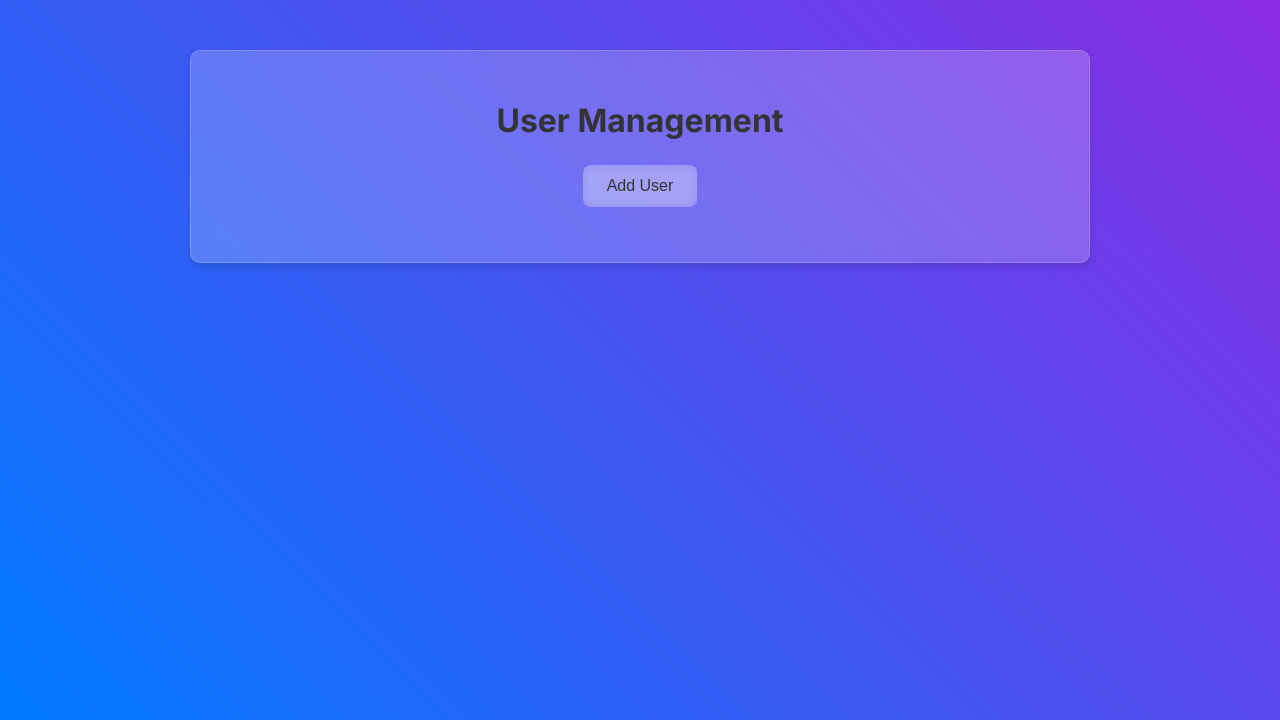
Repository: EeeeeEyyyy/crud-proj
Page: /
These files come from the project's save history. The page is drawn as it stood at one moment and after the next save; the edit follows.
The browser window is 1280 px wide. The pictures show the whole page.
The page's requests for data from a server got no answer. The project was rebuilt for these pictures with package versions that can differ from the ones it lists, and the page was loaded fresh each time. The framework's server and built-in components were replaced by stand-ins that run in the browser. No one was signed in, and anything a server would have sent is missing. Also part of the build but not shown: next.config.mjs.

Above is the page before, as saved 2024-06-24 15:09:26.

After the next save:
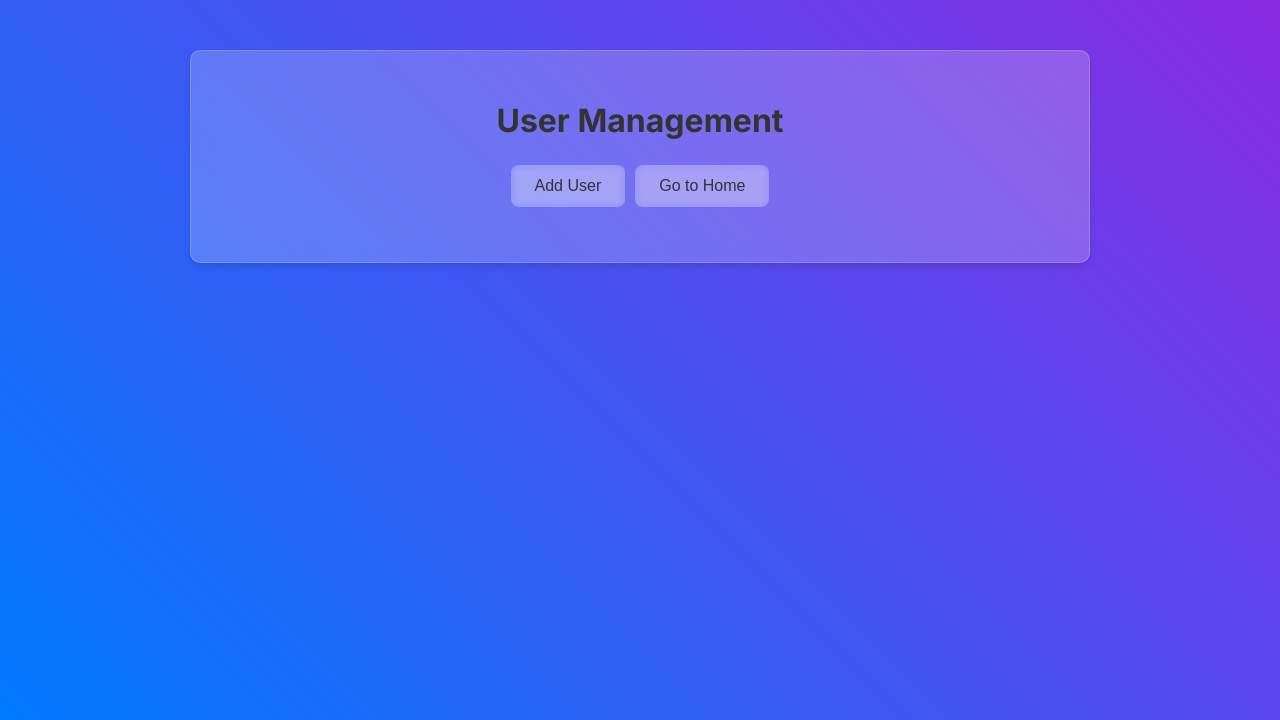
Saved 6 min 10 s later.
--- a/src/app/page.js
+++ b/src/app/page.js
@@ -2,8 +2,11 @@
 
 import React, { useEffect, useState } from 'react';
 import axios from 'axios';
+import { useRouter } from 'next/router';
 
 const Page = () => {
+  const router = useRouter();
+
   const [users, setUsers] = useState([]);
   const [isCreateModalOpen, setCreateModalOpen] = useState(false);
   const [isUpdateModalOpen, setUpdateModalOpen] = useState(false);
@@ -83,10 +86,15 @@ const Page = () => {
     setDeleteModalOpen(false);
   };
 
+  const handleGoToHome = () => {
+    router.push('/');
+  };
+
   return (
     <div className="container">
       <h1>User Management</h1>
       <button onClick={openCreateModal} className="glassButton">Add User</button>
+      <button onClick={handleGoToHome} className="glassButton">Go to Home</button>
       <ul>
         {users.map((user) => (
           <li key={user.id}>
